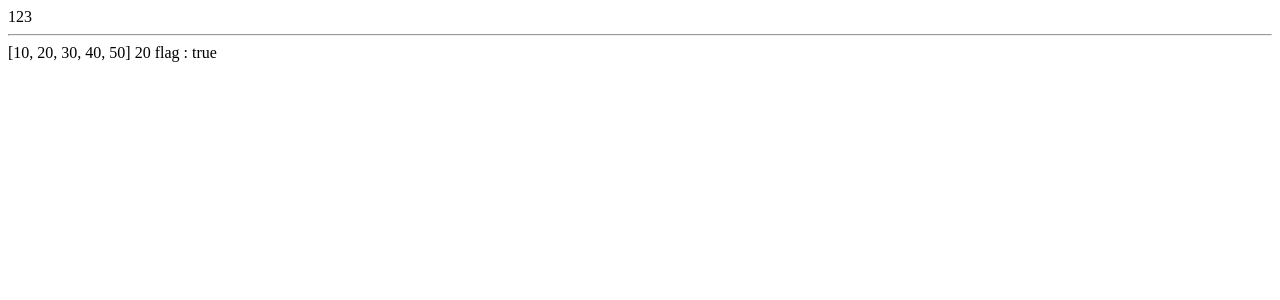
Repository: Leehj9094/JAVA_BOOK-
Page: http://localhost/01JSP/C08/02JSTL/JSTL_TEST.jsp
The author's editor kept a copy of each file at every save. The page is drawn from the files as they stood at one save, then again after the next save.
The browser window is 1280 px wide. The pictures show the whole page.
The page is served by Tomcat 9.

Above is the page before, as saved 2025-04-04 05:10:18.

After the next save:
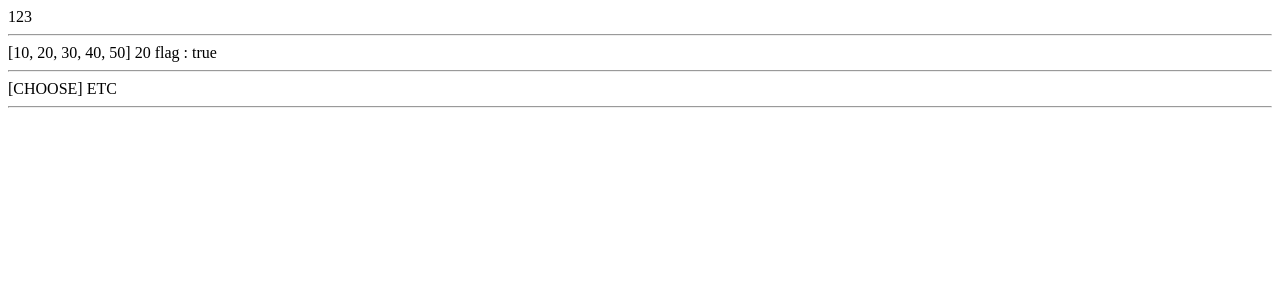
Saved 3 min 37 s later.
--- a/JSP/01JSP/src/main/webapp/C08/02JSTL/JSTL_TEST.jsp
+++ b/JSP/01JSP/src/main/webapp/C08/02JSTL/JSTL_TEST.jsp
@@ -29,5 +29,25 @@
 		<c:out value="flag  : ${flag}" />
 	</c:if>
 
+<hr>
+<!-- CHOOSE WHEN  -->
+	<c:set var="str" value="d" />
+	<c:choose>
+		<c:when test="${str eq 'a' }">
+			<c:out value="[CHOOSE] A" />
+		</c:when>
+		<c:when test="${str eq 'b' }">
+			<c:out value="[CHOOSE] B" />
+		</c:when>
+		<c:when test="${str eq 'c' }">
+			<c:out value="[CHOOSE] C" />
+		</c:when>
+		<c:otherwise>
+			<c:out value="[CHOOSE] ETC" />
+		</c:otherwise>
+	</c:choose>
+
+	<hr>
+
 </body>
 </html>
